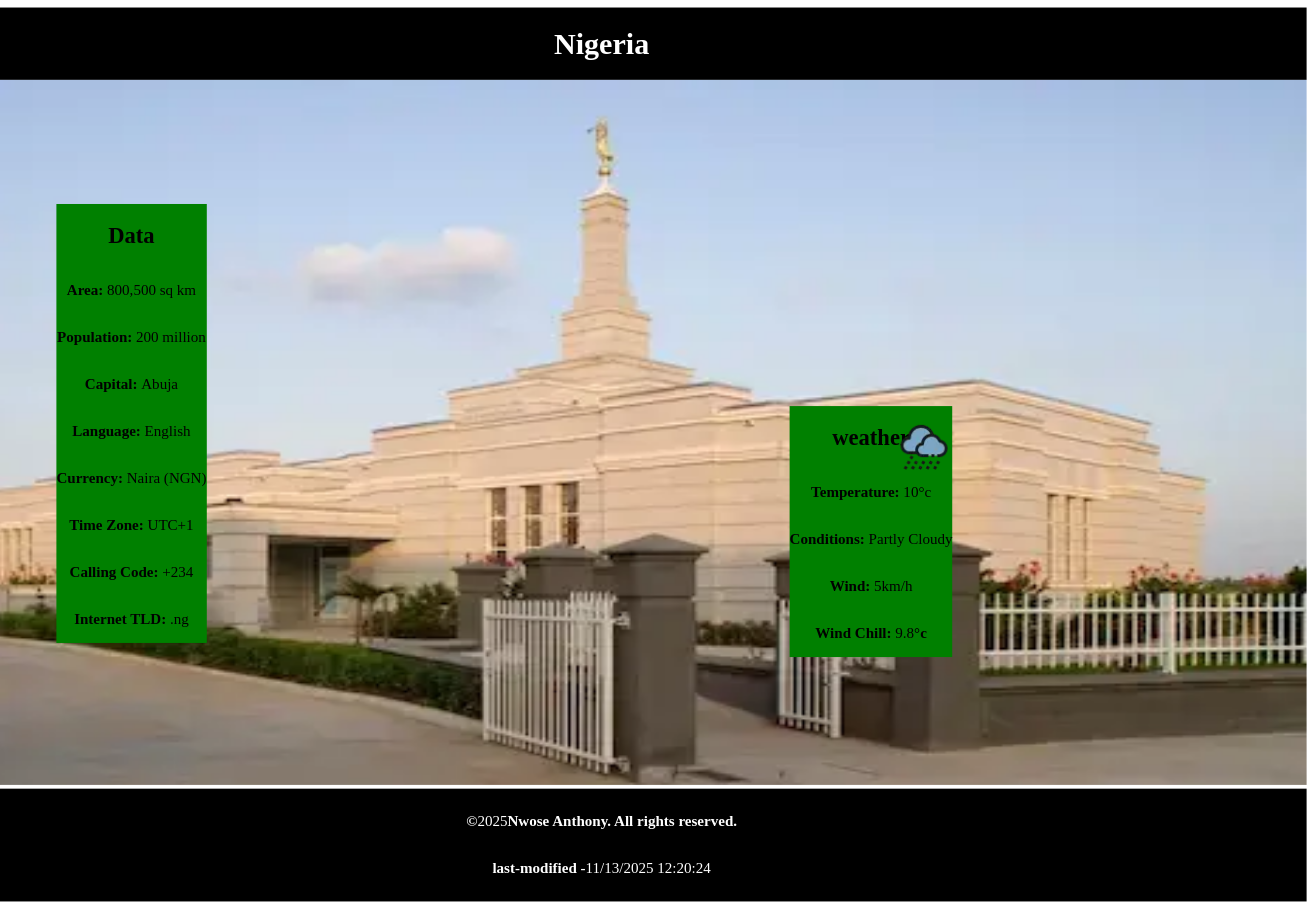
Repository: NoblesNigeria/wdd131
Page: place.html
An editor plug-in stored every save of this project. The page is shown before and after the next save, followed by the edit.
The browser window is 1280 px wide. The page is 1390 px wide, so the pictures cover 1390 px, including what lies to the right of the window. The pictures show the whole page, at 94% of full size.

Above is the page before, as saved 2025-11-13 14:42:03.

After the next save:
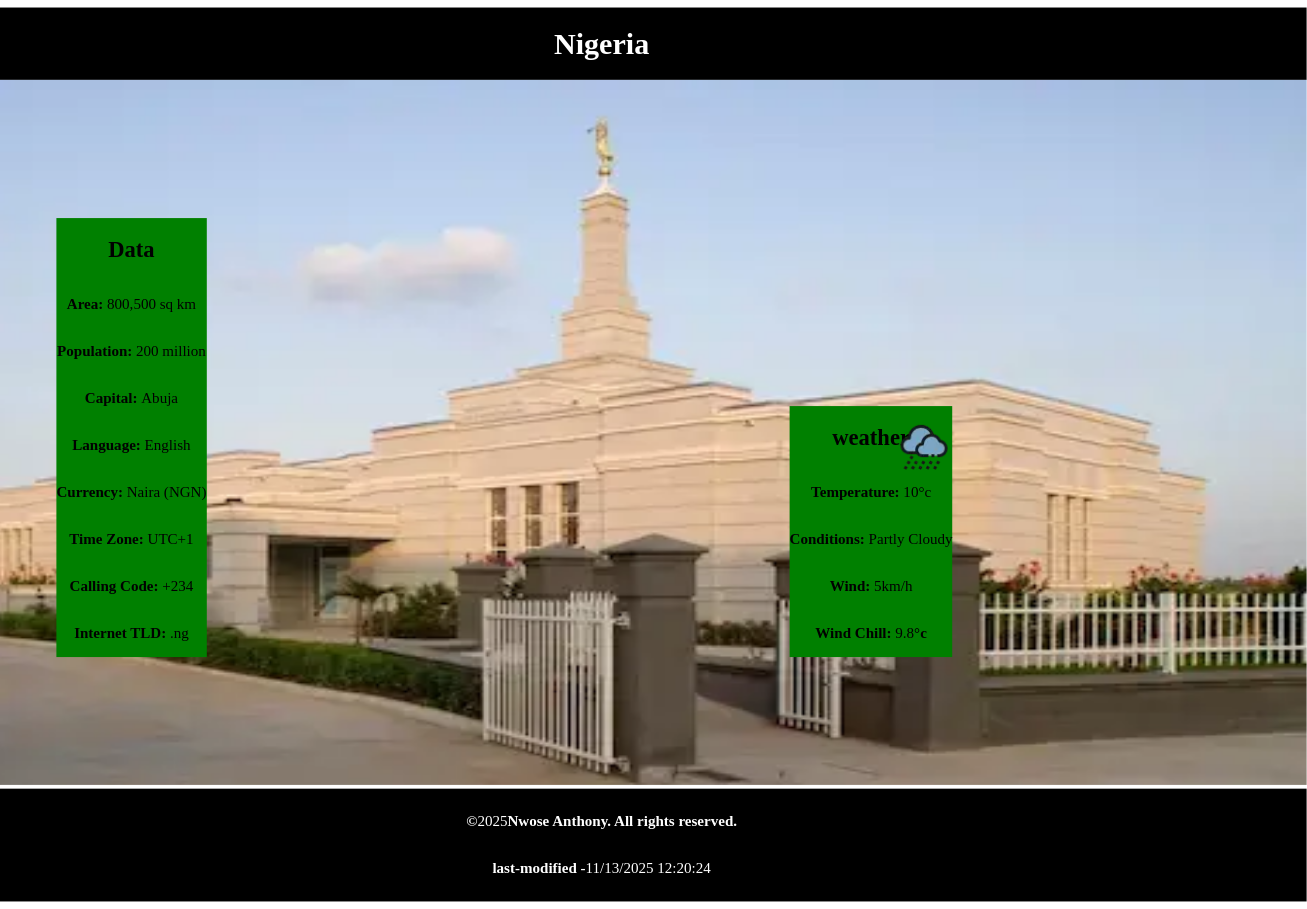
Saved 15 s later.
--- a/styles/place-large.css
+++ b/styles/place-large.css
@@ -41,7 +41,6 @@ p span{
     position: absolute;
     bottom: 5px;
     left: 20px;
-    bottom: 20px;
 }
 
 footer p{
